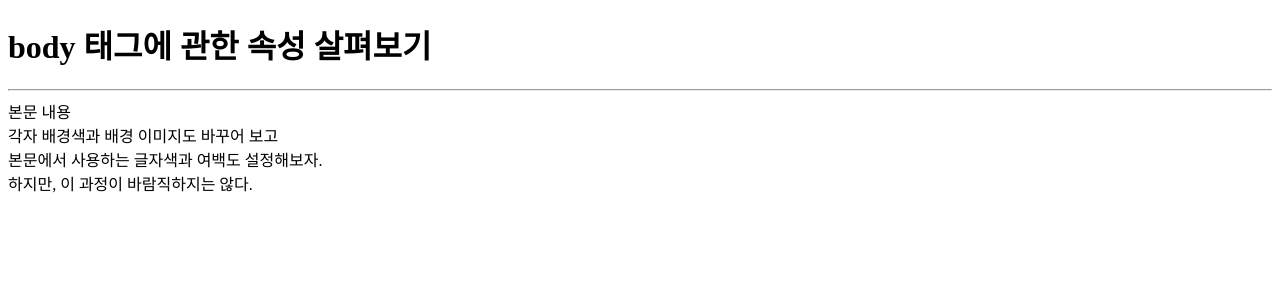
Repository: jp0301/WebStudy
Page: WebApp01/WebContent/Test003.html
These files come from the project's save history. The page is drawn as it stood at one moment and after the next save; the edit follows.
The browser window is 1280 px wide. The pictures show the whole page.

Above is the page before, as saved 2022-09-26 08:11:34.

After the next save:
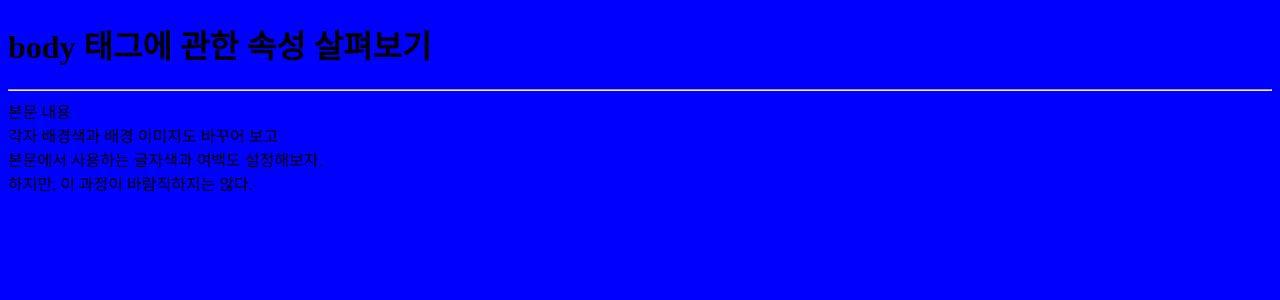
Saved 18 s later.
--- a/WebApp01/WebContent/Test003.html
+++ b/WebApp01/WebContent/Test003.html
@@ -4,7 +4,8 @@
 <meta charset="UTF-8">
 <title>Test003.html</title>
 </head>
-<body>
+
+<body bgcolor="blue">
 
 <div>
 	<h1>body 태그에 관한 속성 살펴보기</h1>
